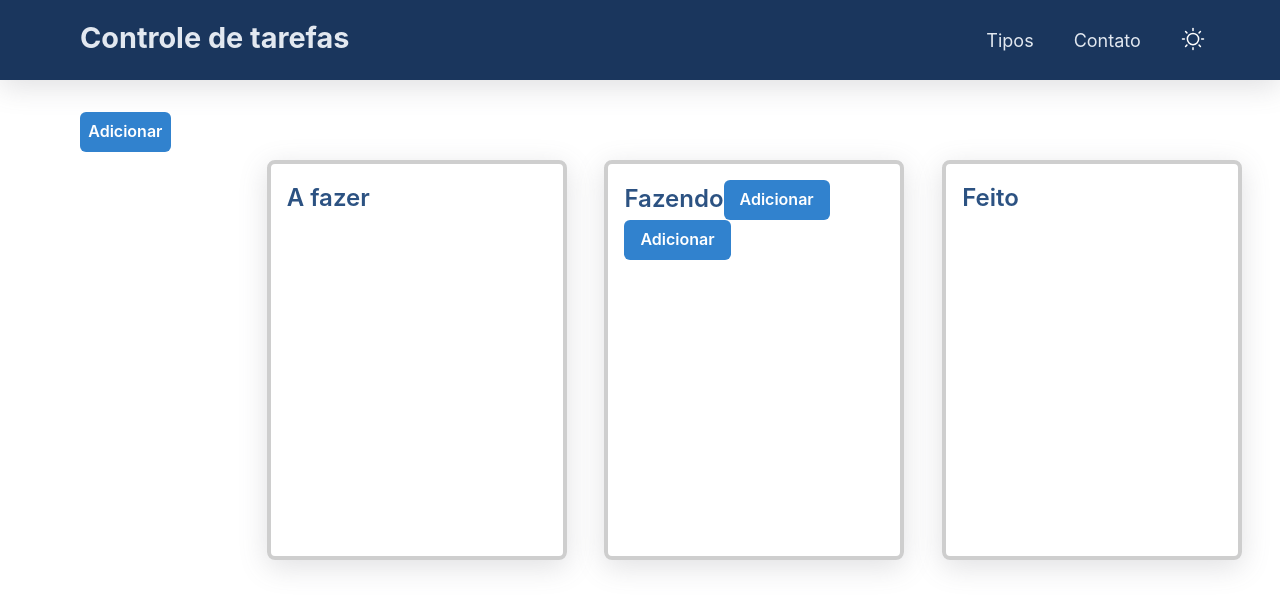
Repository: leosulzbach/Hackaton-Relampago
Page: /home (app in Front/)
An editor plug-in stored every save of this project. The page is shown before and after the next save, followed by the edit.
The browser window is 1280 px wide. The pictures show the whole page.
The page's requests for data from a server got no answer. The project was rebuilt for these pictures with package versions that can differ from the ones it lists, and the page was loaded fresh each time. No one was signed in, and anything a server would have sent is missing. Also part of the build but not shown: Front/vite.config.ts.

Above is the page before, as saved 2022-11-07 16:19:42.

### Front/src/App.tsx
import { ChakraProvider, theme } from "@chakra-ui/react"
import { BrowserRouter } from "react-router-dom"
import { Router } from "./Routes/Router"



function App() {
  return(
    <ChakraProvider theme={theme}>
    <BrowserRouter>
      <Router />
    </BrowserRouter>
  </ChakraProvider>
  )
}

export default App

### Front/src/Routes/Router.tsx
import { Routes, Route } from "react-router-dom";
import { Home } from "../Pages/home";


export function Router() {
  return (
    <Routes>
      <Route path="/home" element={<Home />} />
     </Routes>
  );
}

### Front/src/Pages/home.tsx
import { Box, Button, Flex, Grid, Text } from '@chakra-ui/react'
import axios from 'axios';
import { CalendarPlus } from 'phosphor-react';
import { useEffect, useState } from 'react';
import { Header } from '../Components/Header'


export interface Cadastro {
    id: number;
    descricao: string;
    situacao: string;
    data_vencimento: string;
    prioridade: string;
    email: string

}

export const Home = () => {

        const [CadastroList, setCadastroList] = useState<Cadastro[]>([]);
        const [CadastroFilter, setCadastroFilter] = useState<Cadastro[]>(CadastroList);


        useEffect(() => {
            axios.get<Cadastro[]>("http://localhost:3000/tarefas").then((response) => {
                setCadastroList(response.data);
            });
        }, []);


        const [tarefa, settarefa] = useState<any>();




        useEffect(() => {


            setCadastroFilter(

                CadastroList);
        }, [CadastroList])


    return (
        <Flex>
            <Header />
         <Button
          colorScheme='blue'
          mt={"7rem"}
          ml={"5rem"}
          >Adicionar</Button>

            <Grid
                templateColumns='repeat(3, 1fr)'
                ml={"6rem"}
                mt={"10rem"}
                alignItems={"center"}
                width='100%'
                height="100%"
            >
                <Box
                    border={"4px solid #cecece"}
                    boxShadow={"rgba(100, 100, 111, 0.2) 0px 7px 29px 0px"}
                    borderRadius={8}
                    w={"300px"}
                    h={"400px"}
                >
                    <Text
                        p={"1rem"}
                        fontSize={"1.5rem"}
                        fontWeight={"semibold"}
                        color={"blue.700"}
                    >A fazer</Text>

                </Box>
                <Box
                    border={"4px solid #cecece"}
                    boxShadow={"rgba(100, 100, 111, 0.2) 0px 7px 29px 0px"}
                    borderRadius={8}
                    w={"300px"}
                    h={"400px"}>
                    <Text
                        p={"1rem"}
                        fontSize={"1.5rem"}
                        fontWeight={"semibold"}
                        color={"blue.700"}
                    >Fazendo
                     <Button colorScheme='blue'>Adicionar</Button>
                     <Button colorScheme='blue'>Adicionar</Button></Text>
                </Box>
                <Box
                    border={"4px solid #cecece"}
                    boxShadow={"rgba(100, 100, 111, 0.2) 0px 7px 29px 0px"}
                    borderRadius={8}
                    w={"300px"}
                    h={"400px"}>
                    <Text
                        p={"1rem"}
                        fontSize={"1.5rem"}
                        fontWeight={"semibold"}
                        color={"blue.700"}
                    >Feito</Text>
                </Box>

            </Grid>
        </Flex>
    )

}

### Front/src/Components/Header.tsx
import { Box, Flex, Input, Link, Text } from "@chakra-ui/react";
import { Sun } from "phosphor-react";



export const Header = () => {
    return (
        <Flex

            as="header"
            w="100%"
            h="20"
            justify="space-between"

            borderBottomWidth={1}
            borderColor="blue.900"
            bg="blue.900"
            position={"fixed"}
            boxShadow="rgba(100, 100, 111, 0.2) 0px 7px 29px 0px"
        >
            <Flex
                p="1rem"
                justify="flex-start"
                ml="4rem"
            >
                <Text
                    fontSize="1.8rem"
                    fontWeight="bold"
                    color="gray.200"
                >
                    Controle de tarefas
                </Text>
            </Flex>
            <Flex
                p="1.7rem"
                mr="3rem"
                justify="flex-end"
                gap={10}
            >

                <Link

                    href="/sobre"
                    color="gray.200"
                    fontSize={18}
                    _hover={{
                        borderBottom: '4px solid  blue', transition: 'all 0.3s ease-out', transform: 'translate(-11px, 0px)'
                    }}
                >
                    Tipos
                </Link>
                <Link
                    href="/contato"
                    color="gray.200"
                    fontSize={18}
                    _hover={{
                        borderBottom: '4px solid  blue', transition: 'all 0.3s ease-out', transform: 'translate(-11px, 0px)'
                    }}

                >
                    Contato
                </Link>
                <Sun size={24} color={"white"} />
            </Flex>



        </Flex>
    );
}

Loaded but not shown: Front/index.html (common file); Front/src/main.tsx (common file)

After the next save:
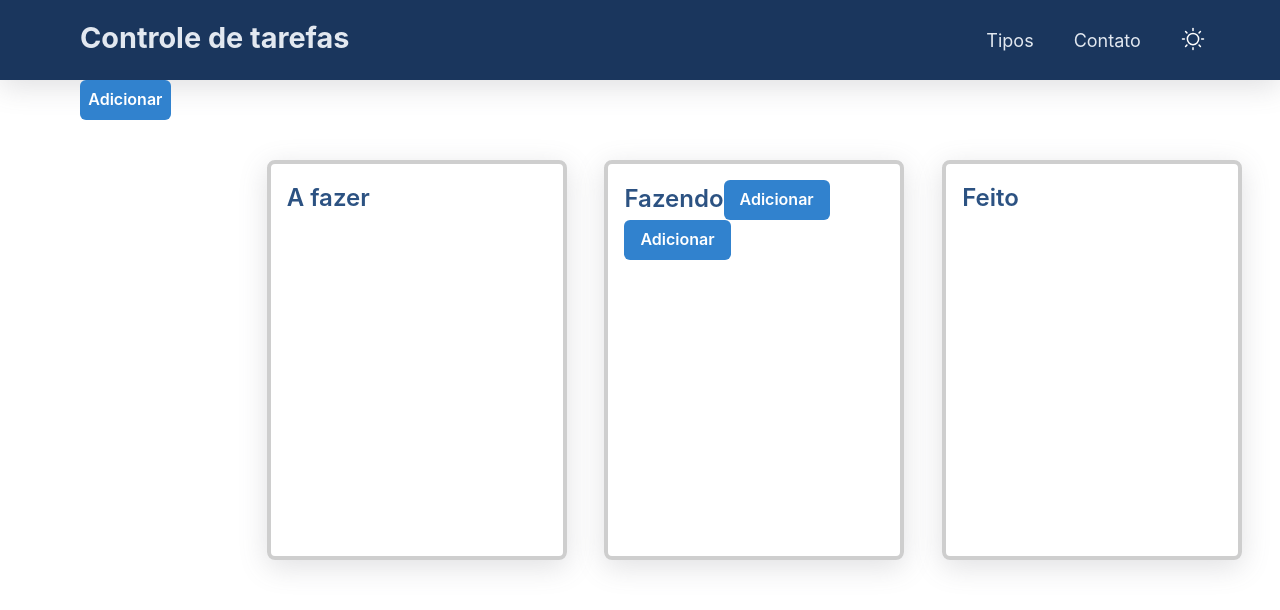
Saved 8 s later.
--- a/Front/src/Pages/home.tsx
+++ b/Front/src/Pages/home.tsx
@@ -47,7 +47,7 @@ export const Home = () => {
             <Header />
          <Button
           colorScheme='blue'
-          mt={"7rem"}
+          mt={"5rem"}
           ml={"5rem"}
           >Adicionar</Button>
 
